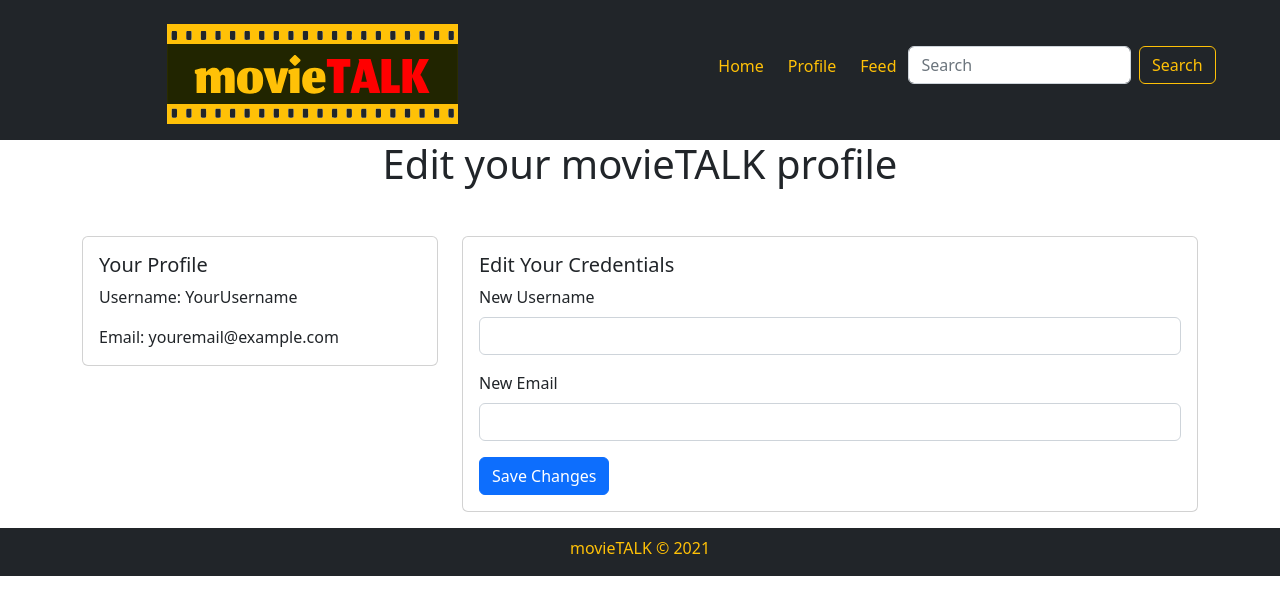
Repository: runeunhjem/css-frameworks-ca
Page: profile/index.html
The author's editor kept a copy of each file at every save. The page is drawn from the files as they stood at one save, then again after the next save.
The browser window is 1280 px wide. The pictures show the whole page.
The style sheet was rebuilt from its Sass, Less or Tailwind sources for each picture, by a compiler version that may differ from the author's.

Above is the page before, as saved 2023-08-28 16:06:53.

### profile/index.html
<!DOCTYPE html>
<html lang="en">
<head>
  <meta charset="UTF-8">
  <meta name="viewport" content="width=device-width, initial-scale=1.0">
  <link rel="stylesheet" href="../dist/css/index.css">
  <script src="../js/bootstrap.bundle.min.js" type="module"></script>
  <!-- <script src="js/main.js"></script> -->
  <title>movieTALK | Home</title>
</head>
<body>
<header>
  <nav class="navbar navbar-expand-md pt-4 bg-dark align-items-center">
    <a class="navbar-brand header-logo mb-2" href="../index.html" alt="movieTALK Logo"><span class="visually-hidden">Home</span></a>
    <div class="container-fluid d-flex align-items-start justify-content-center max-width-800 ">
      <div class="row  max-width-800 align-items-center">
        <div class="col-4 justify-content-around col-sm-4 col-md-6 m-1">
          <button class="btn-outline-warning navbar-toggler bg-warning mb-2 me-3" type="button" data-bs-toggle="collapse" data-bs-target="#navbarSupportedContent" aria-controls="navbarSupportedContent" aria-expanded="false" aria-label="Toggle navigation">
            <span class="navbar-toggler-icon"></span>
          </button>
          <div class="collapse navbar-collapse text-primary" id="navbarSupportedContent">
            <ul class="navbar-nav mb-lg-2">
              <li class="nav-item me-2">
                <a class="nav-link text-warning active rounded-2 ps-2" aria-current="page" href="../index.html">Home</a>
              </li>
              <li class="nav-item me-2">
                <a class="nav-link text-warning rounded-2 ps-2" href="index.html">Profile</a>
              </li>
              <li class="nav-item mb-3">
                <a class="nav-link text-warning rounded-2 ps-2" href="../feed/index.html">Feed</a>
              </li>
            </ul>
          </div>
        </div>
      </div>
        <div class="col-8 col-sm-8 col-md-6 d-flex align-items-start justify-content-end">
          <form class="d-flex mt-1" role="search">
            <input class="form-control me-2 max-width-300" type="search" placeholder="Search" aria-label="Search">
            <button class="btn btn-outline-warning" type="submit">Search</button>
          </form>
      </div>
    </div>
    </div>
  </nav>
</header>
<h1 class="text-center">Edit your movieTALK profile</span></h1>
<main class="container mt-5">
        <div class="row">
            <div class="col-md-4">
                <!-- User Profile Information -->
                <div class="card">
                    <div class="card-body">
                        <h5 class="card-title">Your Profile</h5>
                        <p class="card-text">Username: <span id="username">YourUsername</span></p>
                        <p class="card-text">Email: <span id="email">youremail@example.com</span></p>
                        <!-- Add more user details here -->
                    </div>
                </div>
            </div>

            <div class="col-md-8">
                <!-- Edit User Credentials Form -->
                <div class="card">
                    <div class="card-body">
                        <h5 class="card-title">Edit Your Credentials</h5>
                        <form id="edit-profile-form">
                            <div class="mb-3">
                                <label for="new-username" class="form-label">New Username</label>
                                <input type="text" class="form-control" id="new-username" name="new-username" required>
                            </div>
                            <div class="mb-3">
                                <label for="new-email" class="form-label">New Email</label>
                                <input type="email" class="form-control" id="new-email" name="new-email" required>
                            </div>
                            <!-- Add more fields as needed -->
                            <button type="submit" class="btn btn-primary">Save Changes</button>
                        </form>
                    </div>
                </div>
            </div>
        </div>
    </main>
<footer mt-3>
  <div class="container-fluid bg-dark mt-3">
    <div class="row">
      <div class="col">
        <p class="text-center text-warning mt-2">movieTALK &copy; 2021</p>
      </div>
    </div>
  </div>
</footer>
</body>
</html>

### src/scss/index.scss
@import "variables";
@import "../../node_modules/bootstrap/scss/bootstrap";
@import "navbar";

.header-logo {
  background-image: url("../../img/logo-yellow.svg");
  background-size: contain;
  background-repeat: no-repeat;
  background-position: center;
  width: 100%;
  height: 100px;
}

.max-width-800 {
  max-width: 800px;
}
.max-width-300 {
  max-width: 300px;
}

// .navbar-collapse.show {
//   background-color: #ffc107;
// }
// .navbar-nav {
//   .nav-link-hover {
//     &:hover {
//       color:#ffc107;
//       background-color: #ff3c3c;
//       a {
//       }
//     }
//   // background-color: #fdcd2d;
//   }
// }

.nav-link {
  // width: 100%;
  // text-indent: 6px;
  &:hover {
    // transition: all 0.3s ease-in-out;
    // padding: 0px 12px;
    background-color: #ffc107;
    color: #886f3a !important;
    border-radius: 8px;
    // text-indent: 4px;
    // background-color: #ffc107;
    // border: 1px solid #ffc107;
    // background-color: #5c4141;
    // margin: 0px;
    // a {
      //   color: #fff;
      // }
  }
  // a.nav-link {
  //   // width: 60px;
  //   // color: #ffc107;
  // }
  .active {
    color: #b84545;
  }
}

  // .navbar-collapse {
  //   width: 100px;
  //   // color: #ff07ea !important;
  //   // background-color: #b84545;
  // }

### src/scss/_variables.scss
// Variables
//
// Variables should follow the `$component-state-property-size` formula for
// consistent naming. Ex: $nav-link-disabled-color and $modal-content-box-shadow-xs.

// Color system

// scss-docs-start gray-color-variables
$white:    #fff;
$gray-100: #f8f9fa;
$gray-200: #e9ecef;
$gray-300: #dee2e6;
$gray-400: #ced4da;
$gray-500: #adb5bd;
$gray-600: #6c757d;
$gray-700: #495057;
$gray-800: #343a40;
$gray-900: #212529;
$black:    #000;
// scss-docs-end gray-color-variables

// fusv-disable
// scss-docs-start gray-colors-map
$grays: (
  "100": $gray-100,
  "200": $gray-200,
  "300": $gray-300,
  "400": $gray-400,
  "500": $gray-500,
  "600": $gray-600,
  "700": $gray-700,
  "800": $gray-800,
  "900": $gray-900
);
// scss-docs-end gray-colors-map
// fusv-enable

// scss-docs-start color-variables
$blue:    #0d6efd;
$indigo:  #6610f2;
$purple:  #6f42c1;
$pink:    #d63384;
$red:     #dc3545;
$orange:  #fd7e14;
$yellow:  #ffc107;
$green:   #198754;
$teal:    #20c997;
$cyan:    #0dcaf0;
// scss-docs-end color-variables

// scss-docs-start colors-map
$colors: (
  "blue":       $blue,
  "indigo":     $indigo,
  "purple":     $purple,
  "pink":       $pink,
  "red":        $red,
  "orange":     $orange,
  "yellow":     $yellow,
  "green":      $green,
  "teal":       $teal,
  "cyan":       $cyan,
  "black":      $black,
  "white":      $white,
  "gray":       $gray-600,
  "gray-dark":  $gray-800
);
// scss-docs-end colors-map

// The contrast ratio to reach against white, to determine if color changes from "light" to "dark". Acceptable values for WCAG 2.0 are 3, 4.5 and 7.
// See https://www.w3.org/TR/WCAG20/#visual-audio-contrast-contrast
$min-contrast-ratio:   4.5;

// Customize the light and dark text colors for use in our color contrast function.
$color-contrast-dark:      $black;
$color-contrast-light:     $white;

### src/scss/_navbar.scss
// // Navbar
// //
// // Provide a static navbar from which we expand to create full-width, fixed, and
// // other navbar variations.

// .navbar {
//   // scss-docs-start navbar-css-vars
//   --#{$prefix}navbar-padding-x: #{if($navbar-padding-x == null, 0, $navbar-padding-x)};
//   --#{$prefix}navbar-padding-y: #{$navbar-padding-y};
//   --#{$prefix}navbar-color: #{$navbar-light-color};
//   --#{$prefix}navbar-hover-color: #{$navbar-light-hover-color};
//   --#{$prefix}navbar-disabled-color: #{$navbar-light-disabled-color};
//   --#{$prefix}navbar-active-color: #{$navbar-light-active-color};
//   --#{$prefix}navbar-brand-padding-y: #{$navbar-brand-padding-y};
//   --#{$prefix}navbar-brand-margin-end: #{$navbar-brand-margin-end};
//   --#{$prefix}navbar-brand-font-size: #{$navbar-brand-font-size};
//   --#{$prefix}navbar-brand-color: #{$navbar-light-brand-color};
//   --#{$prefix}navbar-brand-hover-color: #{$navbar-light-brand-hover-color};
//   --#{$prefix}navbar-nav-link-padding-x: #{$navbar-nav-link-padding-x};
//   --#{$prefix}navbar-toggler-padding-y: #{$navbar-toggler-padding-y};
//   --#{$prefix}navbar-toggler-padding-x: #{$navbar-toggler-padding-x};
//   --#{$prefix}navbar-toggler-font-size: #{$navbar-toggler-font-size};
//   --#{$prefix}navbar-toggler-icon-bg: #{escape-svg($navbar-light-toggler-icon-bg)};
//   --#{$prefix}navbar-toggler-border-color: #{$navbar-light-toggler-border-color};
//   --#{$prefix}navbar-toggler-border-radius: #{$navbar-toggler-border-radius};
//   --#{$prefix}navbar-toggler-focus-width: #{$navbar-toggler-focus-width};
//   --#{$prefix}navbar-toggler-transition: #{$navbar-toggler-transition};
//   // scss-docs-end navbar-css-vars

//   position: relative;
//   display: flex;
//   flex-wrap: wrap; // allow us to do the line break for collapsing content
//   align-items: center;
//   justify-content: space-between; // space out brand from logo
//   padding: var(--#{$prefix}navbar-padding-y) var(--#{$prefix}navbar-padding-x);
//   @include gradient-bg();

//   // Because flex properties aren't inherited, we need to redeclare these first
//   // few properties so that content nested within behave properly.
//   // The `flex-wrap` property is inherited to simplify the expanded navbars
//   %container-flex-properties {
//     display: flex;
//     flex-wrap: inherit;
//     align-items: center;
//     justify-content: space-between;
//   }

//   > .container,
//   > .container-fluid {
//     @extend %container-flex-properties;
//   }

//   @each $breakpoint, $container-max-width in $container-max-widths {
//     > .container#{breakpoint-infix($breakpoint, $container-max-widths)} {
//       @extend %container-flex-properties;
//     }
//   }
// }


// // Navbar brand
// //
// // Used for brand, project, or site names.

// .navbar-brand {
//   padding-top: var(--#{$prefix}navbar-brand-padding-y);
//   padding-bottom: var(--#{$prefix}navbar-brand-padding-y);
//   margin-right: var(--#{$prefix}navbar-brand-margin-end);
//   @include font-size(var(--#{$prefix}navbar-brand-font-size));
//   color: var(--#{$prefix}navbar-brand-color);
//   text-decoration: if($link-decoration == none, null, none);
//   white-space: nowrap;

//   &:hover,
//   &:focus {
//     color: var(--#{$prefix}navbar-brand-hover-color);
//     text-decoration: if($link-hover-decoration == underline, none, null);
//   }
// }


// Navbar nav
//
// Custom navbar navigation (doesn't require `.nav`, but does make use of `.nav-link`).

.navbar-nav {
  // scss-docs-start navbar-nav-css-vars
  --#{$prefix}nav-link-padding-x: 0;
  --#{$prefix}nav-link-padding-y: #{$nav-link-padding-y};
  @include rfs($nav-link-font-size, --#{$prefix}nav-link-font-size);
  --#{$prefix}nav-link-font-weight: #{$nav-link-font-weight};
  --#{$prefix}nav-link-color: var(--#{$prefix}navbar-color);
  --#{$prefix}nav-link-hover-color: var(--#{$prefix}navbar-hover-color);
  --#{$prefix}nav-link-disabled-color: var(--#{$prefix}navbar-disabled-color);
  // scss-docs-end navbar-nav-css-vars

  display: flex;
  flex-direction: column; // cannot use `inherit` to get the `.navbar`s value
  padding-left: 0;
  margin-bottom: 0;
  list-style: none;

  .show > .nav-link,
  .nav-link.active {
    color: var(--#{$prefix}navbar-active-color);
  }

  .dropdown-menu {
    position: static;
  }
}


// Navbar text
//
//

.navbar-text {
  padding-top: $nav-link-padding-y;
  padding-bottom: $nav-link-padding-y;
  color: var(--#{$prefix}navbar-color);

  a,
  a:hover,
  a:focus  {
    color: var(--#{$prefix}navbar-active-color);
  }
}


// Responsive navbar
//
// Custom styles for responsive collapsing and toggling of navbar contents.
// Powered by the collapse Bootstrap JavaScript plugin.

// When collapsed, prevent the toggleable navbar contents from appearing in
// the default flexbox row orientation. Requires the use of `flex-wrap: wrap`
// on the `.navbar` parent.
.navbar-collapse {
  flex-basis: 100%;
  flex-grow: 1;
  // For always expanded or extra full navbars, ensure content aligns itself
  // properly vertically. Can be easily overridden with flex utilities.
  align-items: center;
}

// Button for toggling the navbar when in its collapsed state
.navbar-toggler {
  padding: var(--#{$prefix}navbar-toggler-padding-y) var(--#{$prefix}navbar-toggler-padding-x);
  @include font-size(var(--#{$prefix}navbar-toggler-font-size));
  line-height: 1;
  color: var(--#{$prefix}navbar-color);
  background-color: transparent; // remove default button style
  border: var(--#{$prefix}border-width) solid var(--#{$prefix}navbar-toggler-border-color); // remove default button style
  @include border-radius(var(--#{$prefix}navbar-toggler-border-radius));
  @include transition(var(--#{$prefix}navbar-toggler-transition));

  &:hover {
    text-decoration: none;
  }

  &:focus {
    text-decoration: none;
    background-color: $yellow;
    outline: 0;
    box-shadow: 0 0 0 var(--#{$prefix}navbar-toggler-focus-width);
  }
}

// Keep as a separate element so folks can easily override it with another icon
// or image file as needed.
.navbar-toggler-icon {
  display: inline-block;
  width: 1.5em;
  height: 1.5em;
  vertical-align: middle;
  background-image: var(--#{$prefix}navbar-toggler-icon-bg);
  background-repeat: no-repeat;
  background-position: center;
  background-size: 100%;
}

.navbar-nav-scroll {
  max-height: var(--#{$prefix}scroll-height, 75vh);
  overflow-y: auto;
}

// scss-docs-start navbar-expand-loop
// Generate series of `.navbar-expand-*` responsive classes for configuring
// where your navbar collapses.
.navbar-expand {
  @each $breakpoint in map-keys($grid-breakpoints) {
    $next: breakpoint-next($breakpoint, $grid-breakpoints);
    $infix: breakpoint-infix($next, $grid-breakpoints);

    // stylelint-disable-next-line scss/selector-no-union-class-name
    &#{$infix} {
      @include media-breakpoint-up($next) {
        flex-wrap: nowrap;
        justify-content: flex-start;

        .navbar-nav {
          flex-direction: row;

          .dropdown-menu {
            position: absolute;
          }

          .nav-link {
            padding-right: var(--#{$prefix}navbar-nav-link-padding-x);
            padding-left: var(--#{$prefix}navbar-nav-link-padding-x);
          }
        }

        .navbar-nav-scroll {
          overflow: visible;
        }

        .navbar-collapse {
          display: flex !important; // stylelint-disable-line declaration-no-important
          flex-basis: auto;
        }

        .navbar-toggler {
          display: none;
        }

        .offcanvas {
          // stylelint-disable declaration-no-important
          position: static;
          z-index: auto;
          flex-grow: 1;
          width: auto !important;
          height: auto !important;
          visibility: visible !important;
          background-color: transparent !important;
          border: 0 !important;
          transform: none !important;
          @include box-shadow(none);
          @include transition(none);
          // stylelint-enable declaration-no-important

          .offcanvas-header {
            display: none;
          }

          .offcanvas-body {
            display: flex;
            flex-grow: 0;
            padding: 0;
            overflow-y: visible;
          }
        }
      }
    }
  }
}
// scss-docs-end navbar-expand-loop

// Navbar themes
//
// Styles for switching between navbars with light or dark background.

.navbar-light {
  @include deprecate("`.navbar-light`", "v5.2.0", "v6.0.0", true);
}

.navbar-dark {
  --#{$prefix}navbar-color: #{$navbar-dark-color};
  --#{$prefix}navbar-hover-color: #{$navbar-dark-hover-color};
  --#{$prefix}navbar-disabled-color: #{$navbar-dark-disabled-color};
  --#{$prefix}navbar-active-color: #{$navbar-dark-active-color};
  --#{$prefix}navbar-brand-color: #{$navbar-dark-brand-color};
  --#{$prefix}navbar-brand-hover-color: #{$navbar-dark-brand-hover-color};
  --#{$prefix}navbar-toggler-border-color: #{$navbar-dark-toggler-border-color};
  --#{$prefix}navbar-toggler-icon-bg: #{escape-svg($navbar-dark-toggler-icon-bg)};
}

Loaded but not shown: js/bootstrap.bundle.min.js (library)

After the next save:
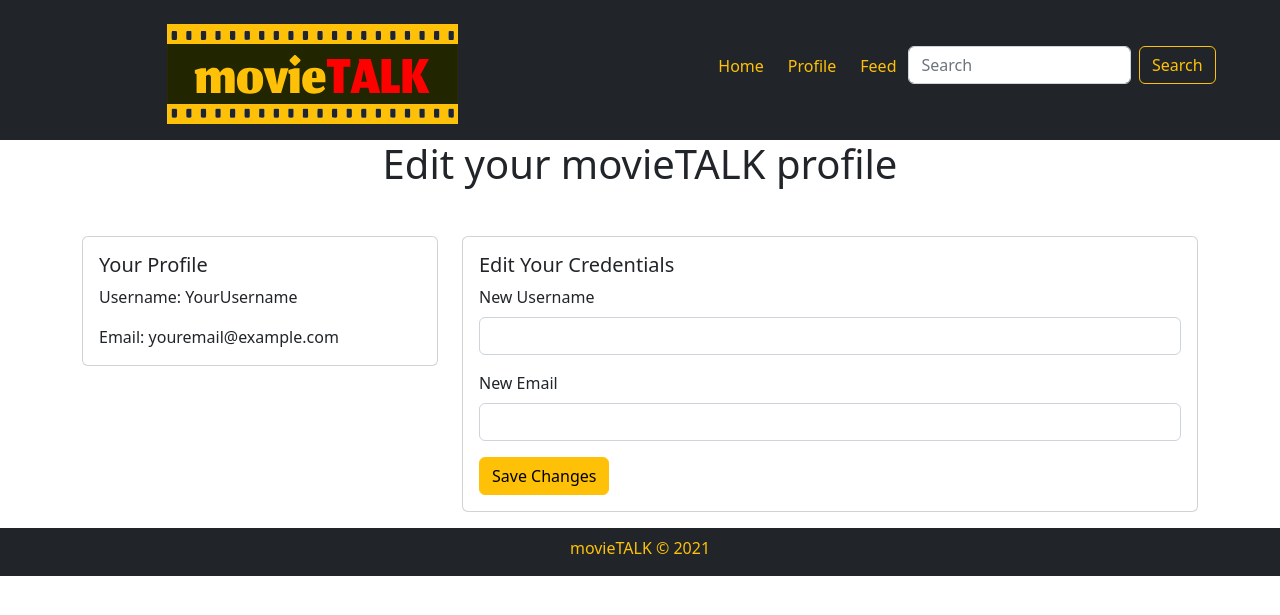
Saved 28 min 23 s later.
--- a/profile/index.html
+++ b/profile/index.html
@@ -73,7 +73,7 @@
                                 <input type="email" class="form-control" id="new-email" name="new-email" required>
                             </div>
                             <!-- Add more fields as needed -->
-                            <button type="submit" class="btn btn-primary">Save Changes</button>
+                            <button type="submit" class="btn btn-warning">Save Changes</button>
                         </form>
                     </div>
                 </div>
